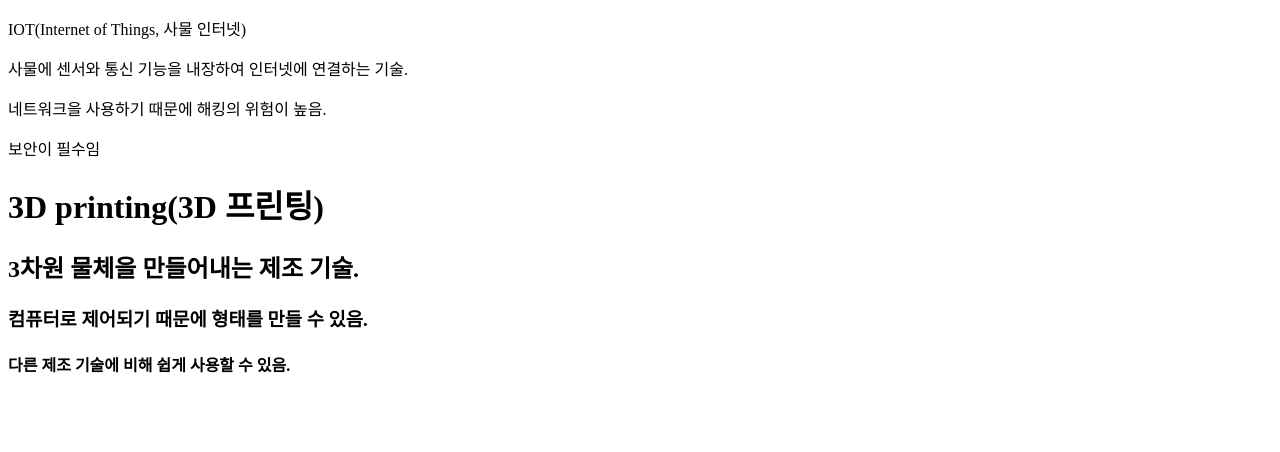
Repository: kmh9964/view
Page: workspace/studyhtml5/src/htmltags01.html
The author's editor kept a copy of each file at every save. The page is drawn from the files as they stood at one save, then again after the next save.
The browser window is 1280 px wide. The pictures show the whole page.

Above is the page before, as saved 2022-12-13 07:03:32.

After the next save:
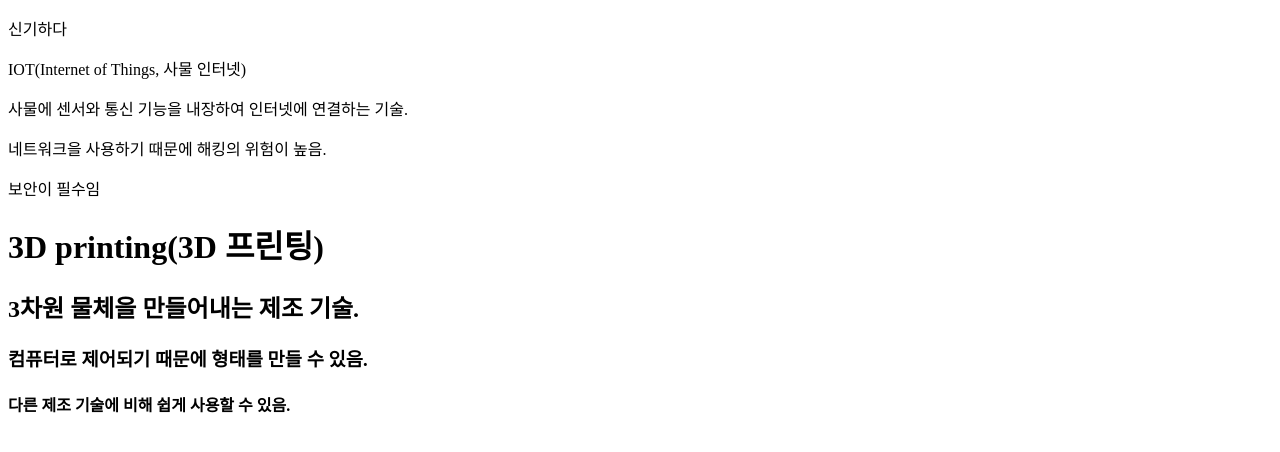
Saved 17 min 22 s later.
--- a/workspace/studyhtml5/src/htmltags01.html
+++ b/workspace/studyhtml5/src/htmltags01.html
@@ -7,6 +7,7 @@
 	<title>Document</title>
 </head>
 <body>
+		<p>신기하다</p>
 	    <p>IOT(Internet of Things, 사물 인터넷)
 		<p>사물에 센서와 통신 기능을 내장하여 인터넷에 연결하는 기술.</p>
 		<p>네트워크을 사용하기 때문에 해킹의 위험이 높음.</p>

After the 2 saves that followed:
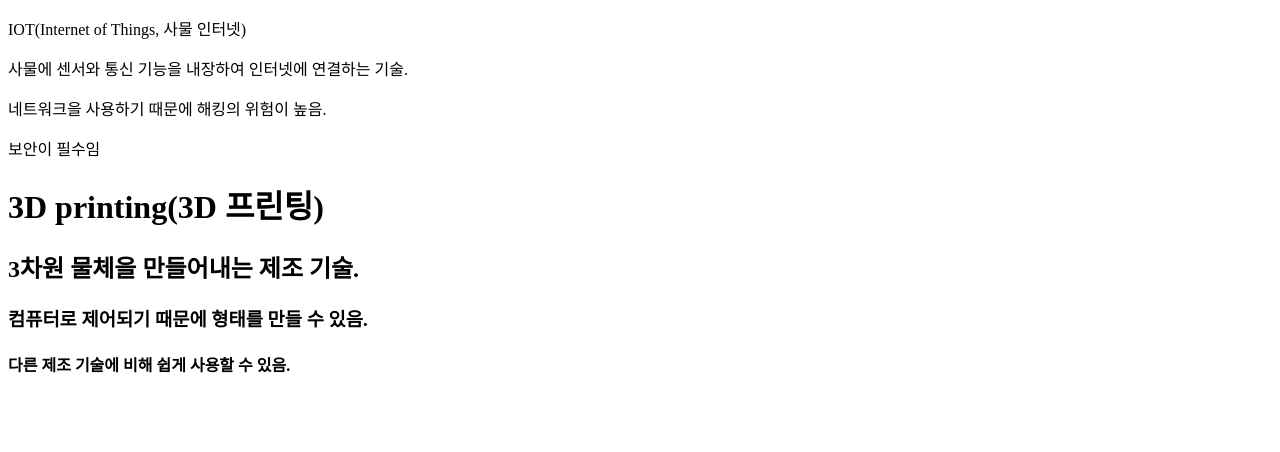
The 2 saves are shown as one change because 1 left the picture as it was.
The last was saved 4 min 17 s later.
--- a/workspace/studyhtml5/src/htmltags01.html
+++ b/workspace/studyhtml5/src/htmltags01.html
@@ -7,7 +7,7 @@
 	<title>Document</title>
 </head>
 <body>
-		<p>신기하다</p>
+
 	    <p>IOT(Internet of Things, 사물 인터넷)
 		<p>사물에 센서와 통신 기능을 내장하여 인터넷에 연결하는 기술.</p>
 		<p>네트워크을 사용하기 때문에 해킹의 위험이 높음.</p>
